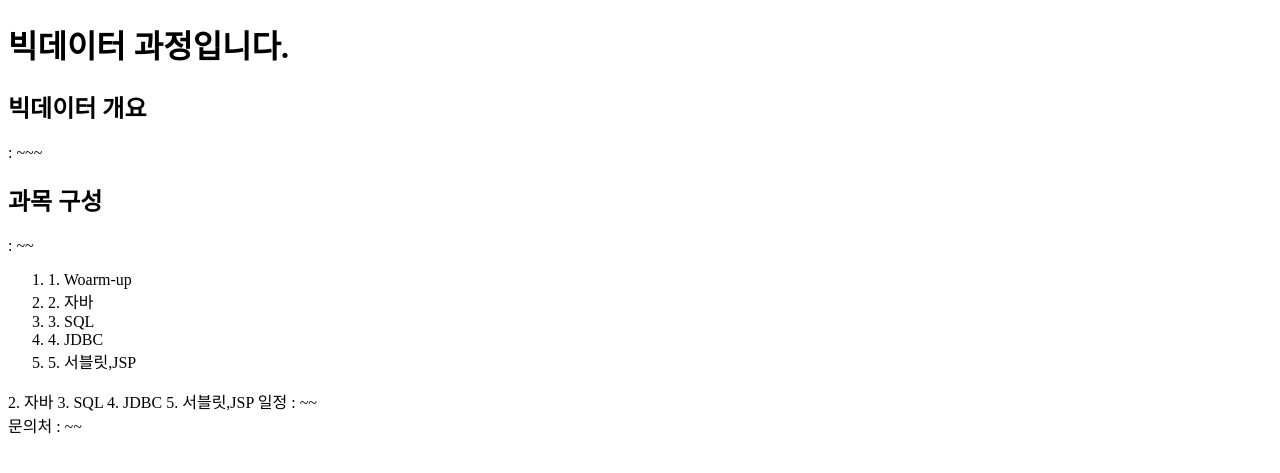
Repository: ybshim90/sesac1
Page: day_20211216_03_hello/src/main/webapp/hello.html
An editor plug-in stored every save of this project. The page is shown before and after the next save, followed by the edit.
The browser window is 1280 px wide. The pictures show the whole page.

Above is the page before, as saved 2021-12-16 07:38:48.

After the next save:
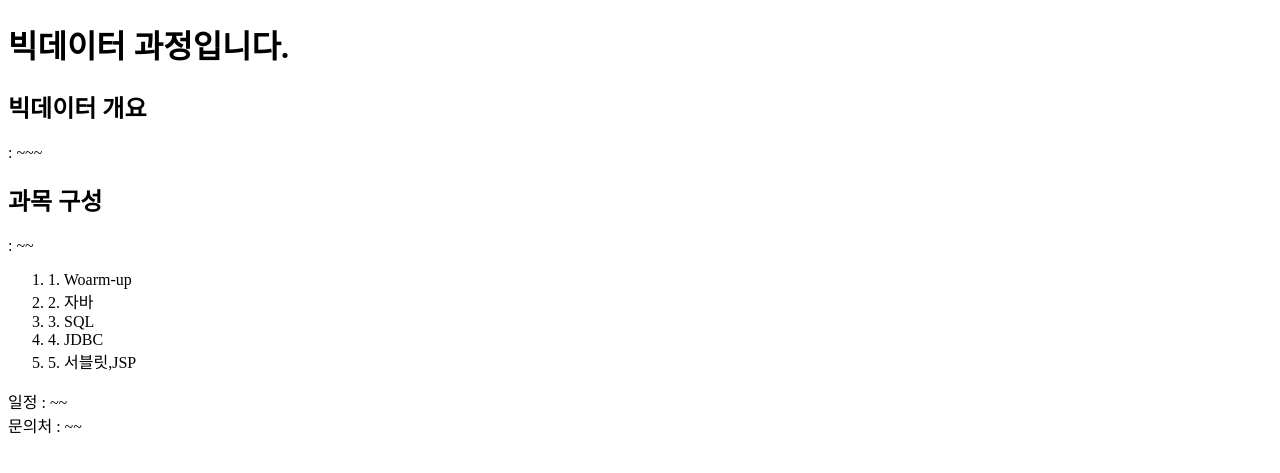
Saved 4 s later.
--- a/day_20211216_03_hello/src/main/webapp/hello.html
+++ b/day_20211216_03_hello/src/main/webapp/hello.html
@@ -16,10 +16,6 @@
 			<li>5. 서블릿,JSP</li>
 		</ol>
 
-		2. 자바
-		3. SQL
-		4. JDBC
-		5. 서블릿,JSP
 
 		일정 : ~~<br>
 		문의처 : ~~
